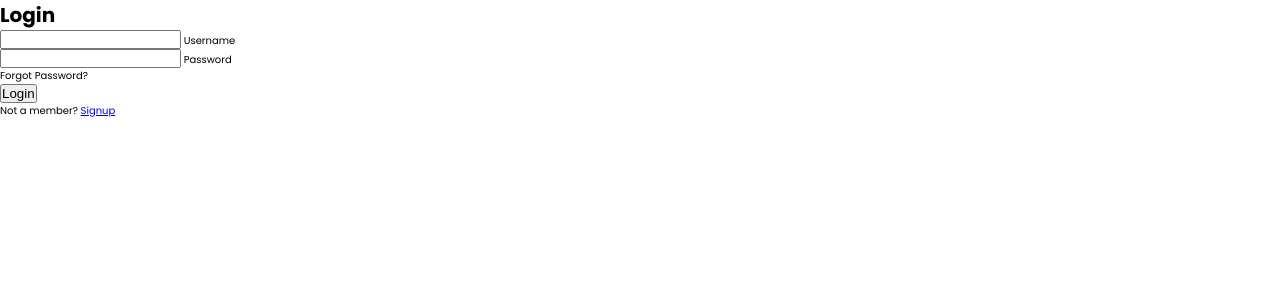
Repository: lenhandat/studentManagement
Page: front-end/fontpart3/Student_Management/error.html
The author's editor kept a copy of each file at every save. The page is drawn from the files as they stood at one save, then again after the next save.
The browser window is 1280 px wide. The pictures show the whole page.

Above is the page before, as saved 2021-08-27 23:11:18.

After the next save:
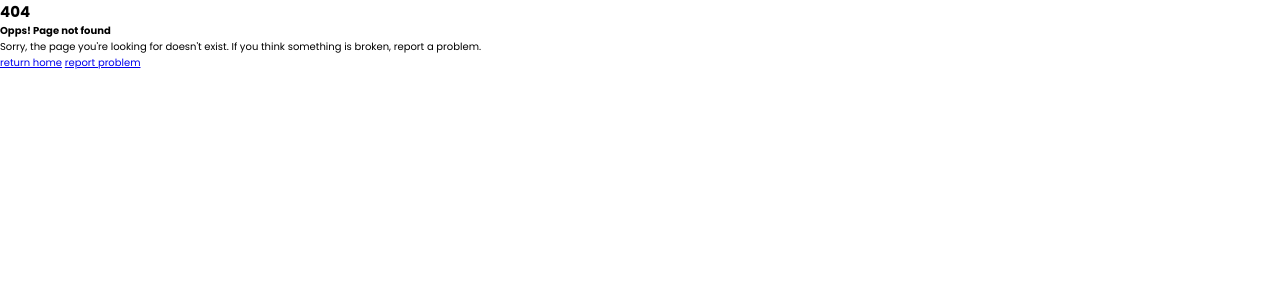
Saved 57 s later.
--- a/front-end/fontpart3/Student_Management/error.html
+++ b/front-end/fontpart3/Student_Management/error.html
@@ -12,26 +12,23 @@
     <title>Error</title>
 </head>
 <body>
-    <div class="center">
-        <h1>Login</h1>
-        <form method="post">
-          <div class="txt_field">
-            <input type="text" required="">
-            <span></span>
-            <label>Username</label>
-          </div>
-          <div class="txt_field">
-            <input type="password" required="">
-            <span></span>
-            <label>Password</label>
-          </div>
-          <div class="pass">Forgot Password?</div>
-          <input type="submit" value="Login">
-          <div class="signup_link">
-            Not a member? <a href="#">Signup</a>
-          </div>
-        </form>
-      </div>
+    <div id="error-page">
+        <div class="content">
+           <h2 class="header" data-text="404">
+              404
+           </h2>
+           <h4 data-text="Opps! Page not found">
+              Opps! Page not found
+           </h4>
+           <p>
+              Sorry, the page you're looking for doesn't exist. If you think something is broken, report a problem.
+           </p>
+           <div class="btns">
+              <a href="https://www.codingnepalweb.com/">return home</a>
+              <a href="https://www.codingnepalweb.com/">report problem</a>
+           </div>
+        </div>
+     </div>
     <script src="./assets/fontAwesome/all.min.js"></script>
 </body>
 </html>
